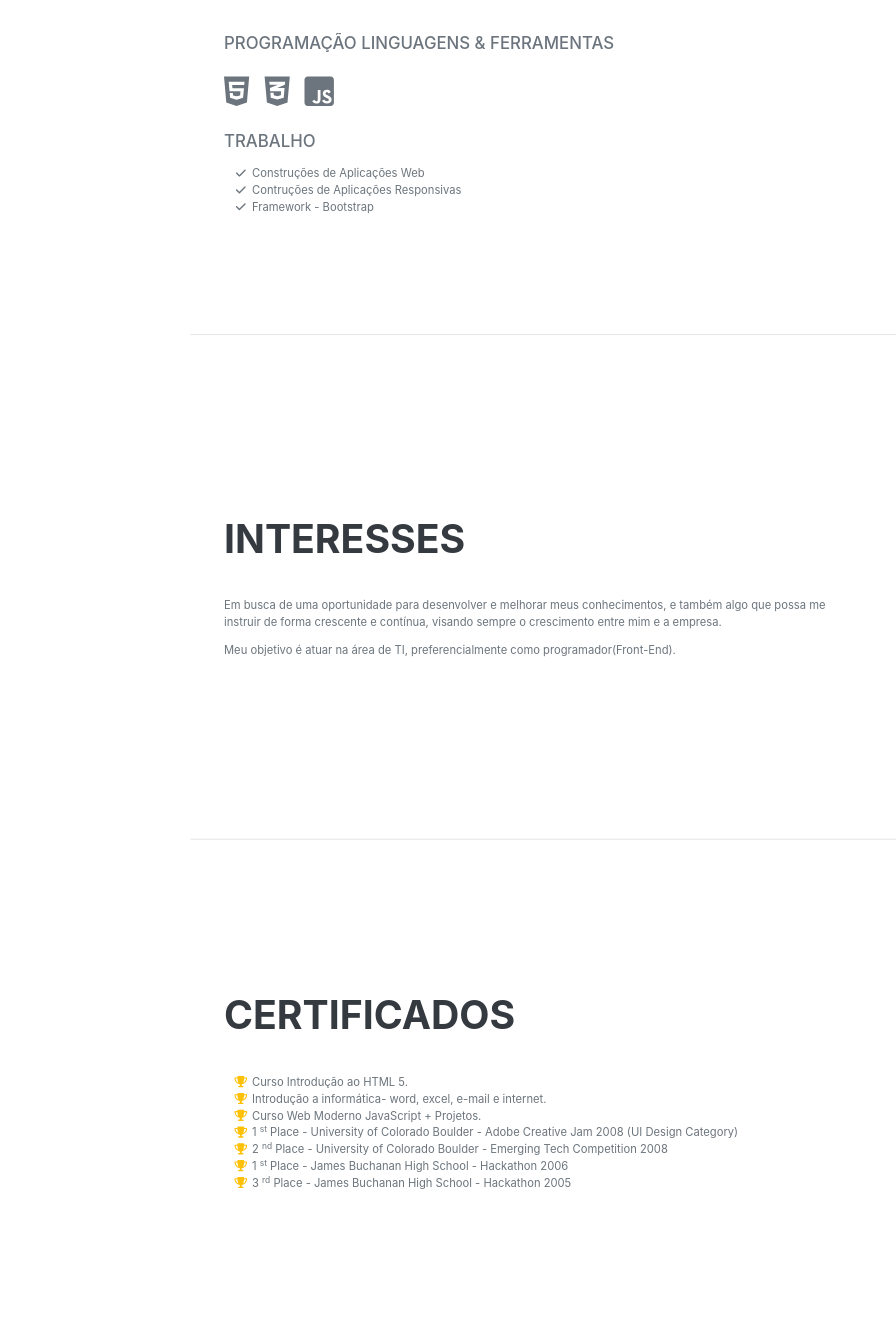
Repository: JuniorRoth/Curriculo-Web
Page: public/index.html
An editor plug-in stored every save of this project. The page is shown before and after the next save, followed by the edit.
The browser window is 1280 px wide. The pictures show the part of the page from y = 2405 to 4325 px (the page is 4325 px tall), at 70% of full size.
Some web fonts or font styles are not loaded; a fallback is used. Some web libraries are served in a nearby version.

Above is the page before, as saved 2023-02-08 10:34:46.

After the next save:
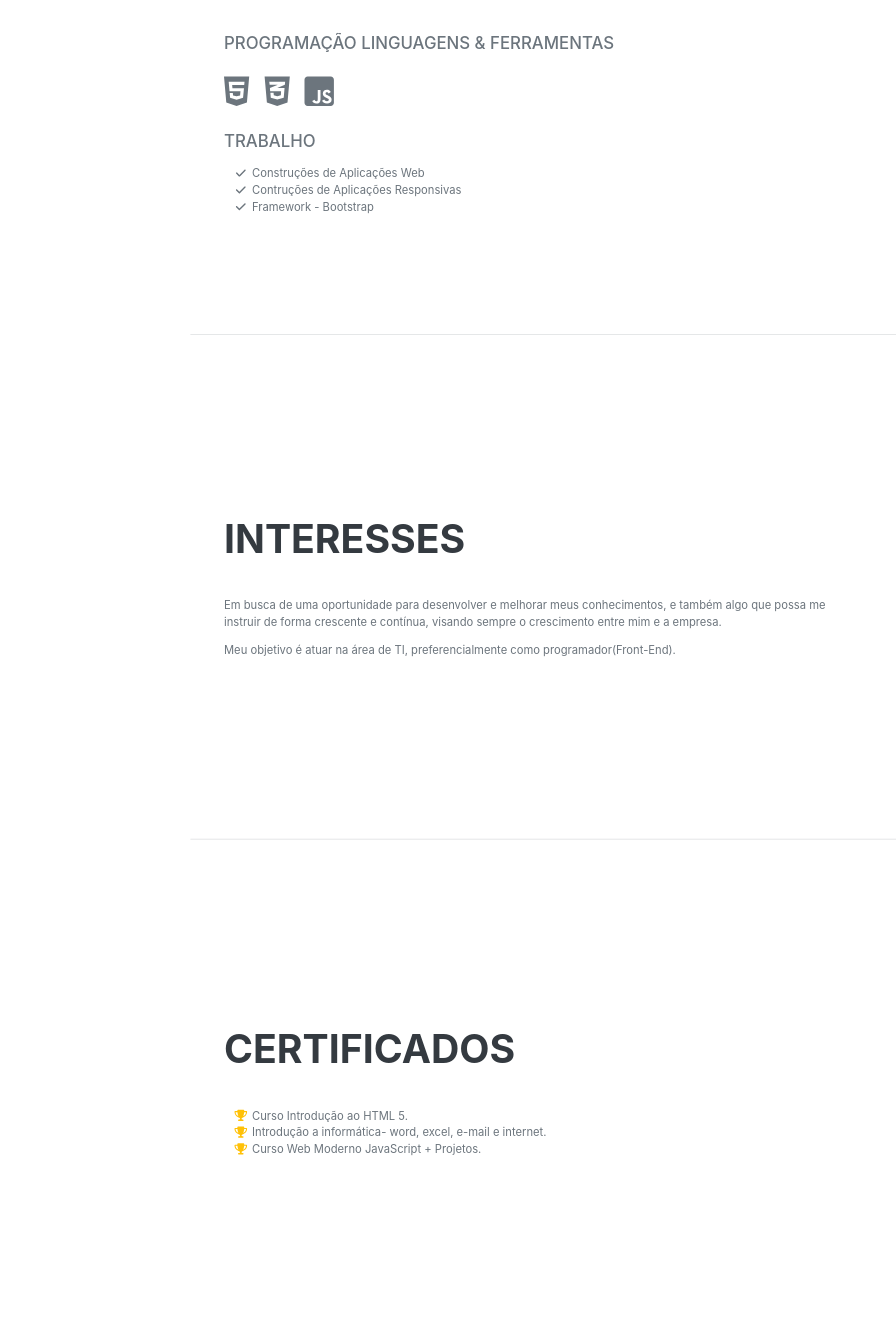
Saved 2 min 6 s later.
--- a/public/index.html
+++ b/public/index.html
@@ -123,7 +123,7 @@
             <!-- Interests-->
             <section class="resume-section" id="interests">
                 <div class="resume-section-content">
-                    <h2 class="mb-5">Interesses</h2>
+                    <h2 data-aos="fade-right" class="mb-5">Interesses</h2>
                     <p>Em busca de uma oportunidade para desenvolver e melhorar meus conhecimentos, e também algo que possa me instruir de forma crescente e contínua, visando sempre o crescimento entre mim e a empresa.</p>
                     <p class="mb-0">Meu objetivo é atuar na área de TI, preferencialmente como programador(Front-End).</p>
                 </div>
@@ -146,30 +146,6 @@
                             <span class="fa-li"><i class="fas fa-trophy text-warning"></i></span>
                             Curso Web Moderno JavaScript + Projetos.
                         </li>
-                        <li>
-                            <span class="fa-li"><i class="fas fa-trophy text-warning"></i></span>
-                            1
-                            <sup>st</sup>
-                            Place - University of Colorado Boulder - Adobe Creative Jam 2008 (UI Design Category)
-                        </li>
-                        <li>
-                            <span class="fa-li"><i class="fas fa-trophy text-warning"></i></span>
-                            2
-                            <sup>nd</sup>
-                            Place - University of Colorado Boulder - Emerging Tech Competition 2008
-                        </li>
-                        <li>
-                            <span class="fa-li"><i class="fas fa-trophy text-warning"></i></span>
-                            1
-                            <sup>st</sup>
-                            Place - James Buchanan High School - Hackathon 2006
-                        </li>
-                        <li>
-                            <span class="fa-li"><i class="fas fa-trophy text-warning"></i></span>
-                            3
-                            <sup>rd</sup>
-                            Place - James Buchanan High School - Hackathon 2005
-                        </li>
                     </ul>
                 </div>
             </section>
